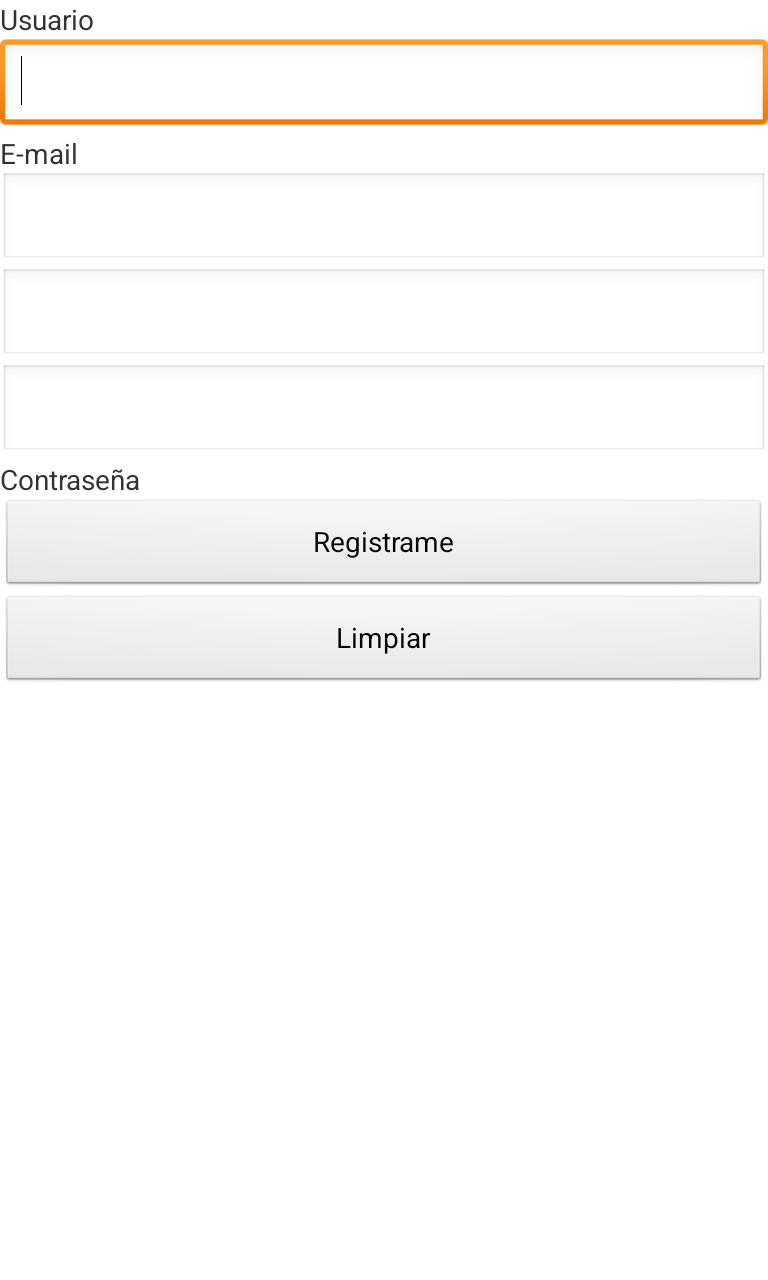
Repository: doapps/Android_Basico
Layout: Sesion01/res/layout/register_layout.xml
The author's editor kept a copy of each file at every save. The layout is drawn from the files as they stood at one save, then again after the next save.
It is drawn on a 768 x 1280 px phone screen (xhdpi) without system bars, with theme android:Theme.Light; the app's code is not run.

Above is the layout before, as saved 2014-03-08 17:26:39.

### Sesion01/res/layout/register_layout.xml
<?xml version="1.0" encoding="utf-8"?>
<LinearLayout xmlns:android="http://schemas.android.com/apk/res/android"
    android:layout_width="match_parent"
    android:layout_height="match_parent"
    android:orientation="vertical" >

    <TextView
        android:id="@+id/textView1"
        android:layout_width="wrap_content"
        android:layout_height="wrap_content"
        android:text="Usuario" />

    <EditText
        android:id="@+id/editText1"
        android:layout_width="match_parent"
        android:layout_height="wrap_content"
        android:ems="10" >

        <requestFocus />
    </EditText>

    <TextView
        android:id="@+id/textView2"
        android:layout_width="wrap_content"
        android:layout_height="wrap_content"
        android:text="E-mail" />

    <EditText
        android:id="@+id/editText2"
        android:layout_width="match_parent"
        android:layout_height="wrap_content"
        android:ems="10" />

    <EditText
        android:id="@+id/editText3"
        android:layout_width="match_parent"
        android:layout_height="wrap_content"
        android:ems="10"
        android:inputType="textPassword" />

    <EditText
        android:id="@+id/editText4"
        android:layout_width="match_parent"
        android:layout_height="wrap_content"
        android:ems="10"
        android:inputType="textPassword" />

    <TextView
        android:id="@+id/textView3"
        android:layout_width="wrap_content"
        android:layout_height="wrap_content"
        android:text="Contraseña" />

    <Button
        android:id="@+id/button1"
        android:layout_width="match_parent"
        android:layout_height="wrap_content"
        android:text="Registrame" />

    <Button
        android:id="@+id/button2"
        android:layout_width="match_parent"
        android:layout_height="wrap_content"
        android:text="Limpiar" />

</LinearLayout>

### Sesion01/res/values/colors.xml
<?xml version="1.0" encoding="utf-8"?>
<resources>

    <!-- colores de la app timber -->

    <color name="turqoise">#1abc9c</color>
    <color name="esmerald">#2ecc71</color>
    <color name="peter_river">#3498db</color>
    <color name="carrot">#e67e22</color>
    <color name="white">#FFFFFF</color>

</resources>

After the next save:
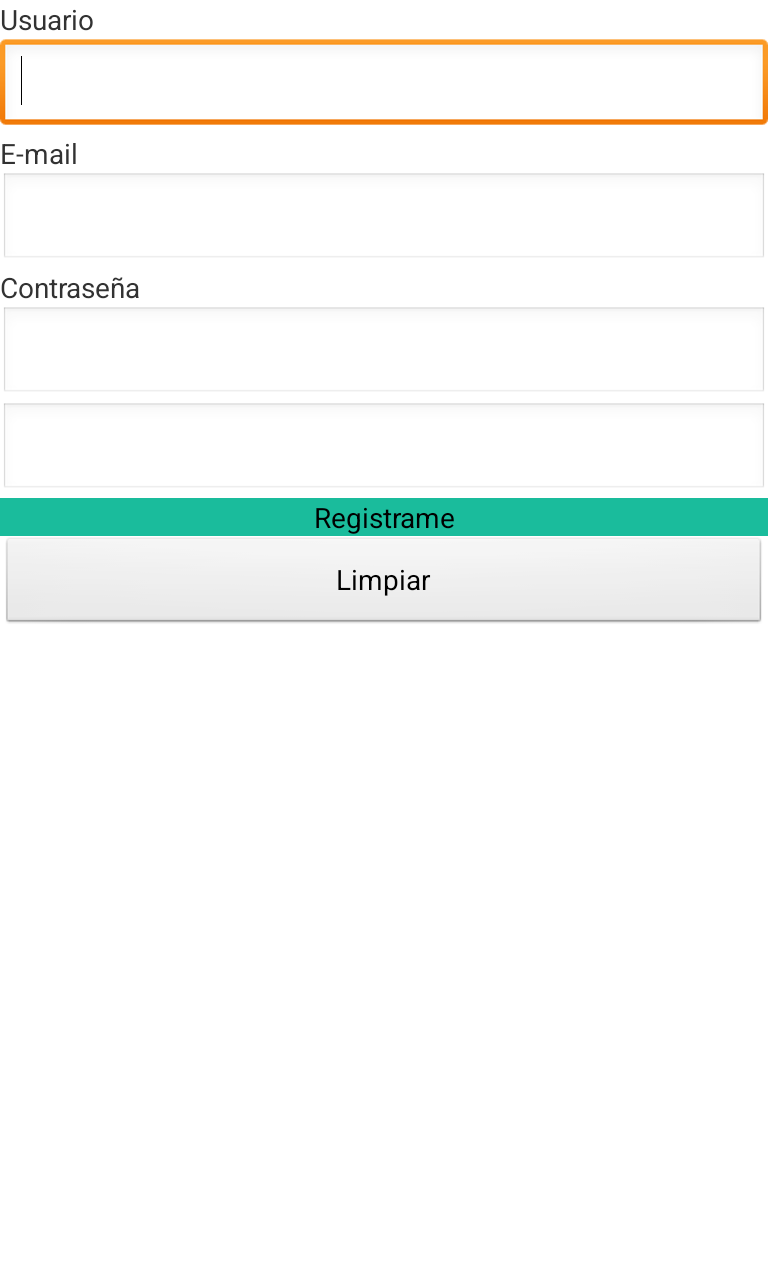
Saved 4 min 21 s later.
--- a/Sesion01/res/layout/register_layout.xml
+++ b/Sesion01/res/layout/register_layout.xml
@@ -31,6 +31,12 @@
         android:layout_height="wrap_content"
         android:ems="10" />
 
+    <TextView
+        android:id="@+id/textView3"
+        android:layout_width="wrap_content"
+        android:layout_height="wrap_content"
+        android:text="Contraseña" />
+
     <EditText
         android:id="@+id/editText3"
         android:layout_width="match_parent"
@@ -45,17 +51,12 @@
         android:ems="10"
         android:inputType="textPassword" />
 
-    <TextView
-        android:id="@+id/textView3"
-        android:layout_width="wrap_content"
-        android:layout_height="wrap_content"
-        android:text="Contraseña" />
-
     <Button
         android:id="@+id/button1"
         android:layout_width="match_parent"
         android:layout_height="wrap_content"
-        android:text="Registrame" />
+        android:text="Registrame"
+        android:background="@color/turqoise"/>
 
     <Button
         android:id="@+id/button2"
